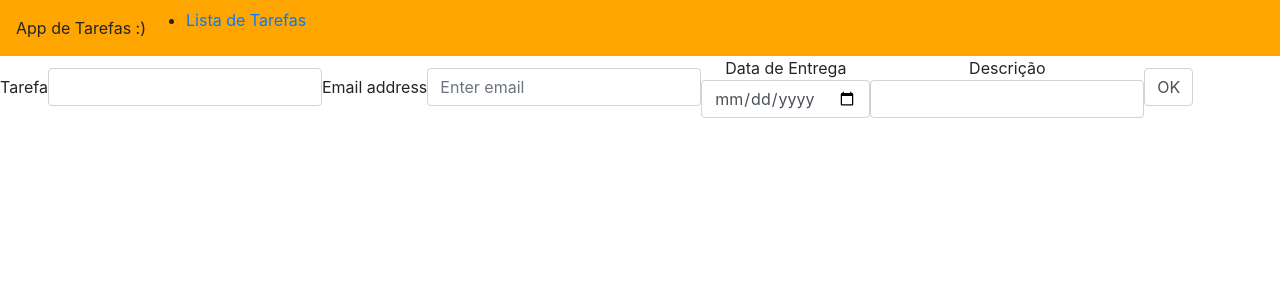
Repository: sophiaks/CRUD
Page: http://localhost/Projeto1/Views/adiciona.jsp
These files come from the project's save history. The page is drawn as it stood at one moment and after the next save; the edit follows.
The browser window is 1280 px wide. The pictures show the whole page.
The page is served by Tomcat 9. Nobody is signed in. The application's start-up code is not run.

Above is the page before, as saved 2020-09-23 19:12:01.

After the next save:
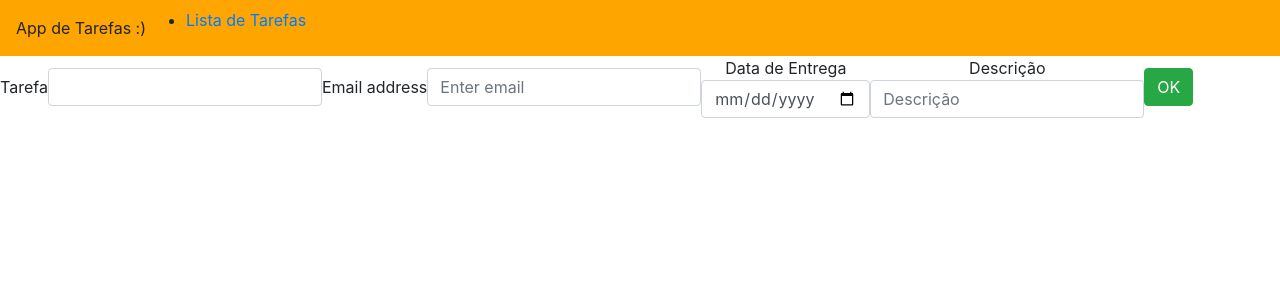
Saved 62 s later.
--- a/WorkspaceP1/Projeto1/WebContent/Views/adiciona.jsp
+++ b/WorkspaceP1/Projeto1/WebContent/Views/adiciona.jsp
@@ -41,16 +41,16 @@
 
 		<div>
 			<label for="nome">Data de Entrega</label>
-			<input type="date" name="entrega" class="form-control">
+			<input type="date" name="entrega" class="form-control" placeholder="Data de Entrega">
 		</div>
 
 		<div>
-			<label for="descrica">Descrição</label>
-			<input type="text" name="descricao" class="form-control">
+			<label for="descricao">Descrição</label>
+			<input type="text" name="descricao" class="form-control" placeholder="Descrição">
 		</div>
 
 		<div>
-			<input type="submit" value="OK" class="form-control">
+			<input type="submit" value="OK" class="btn btn-success" >
 		</div>
 
 
